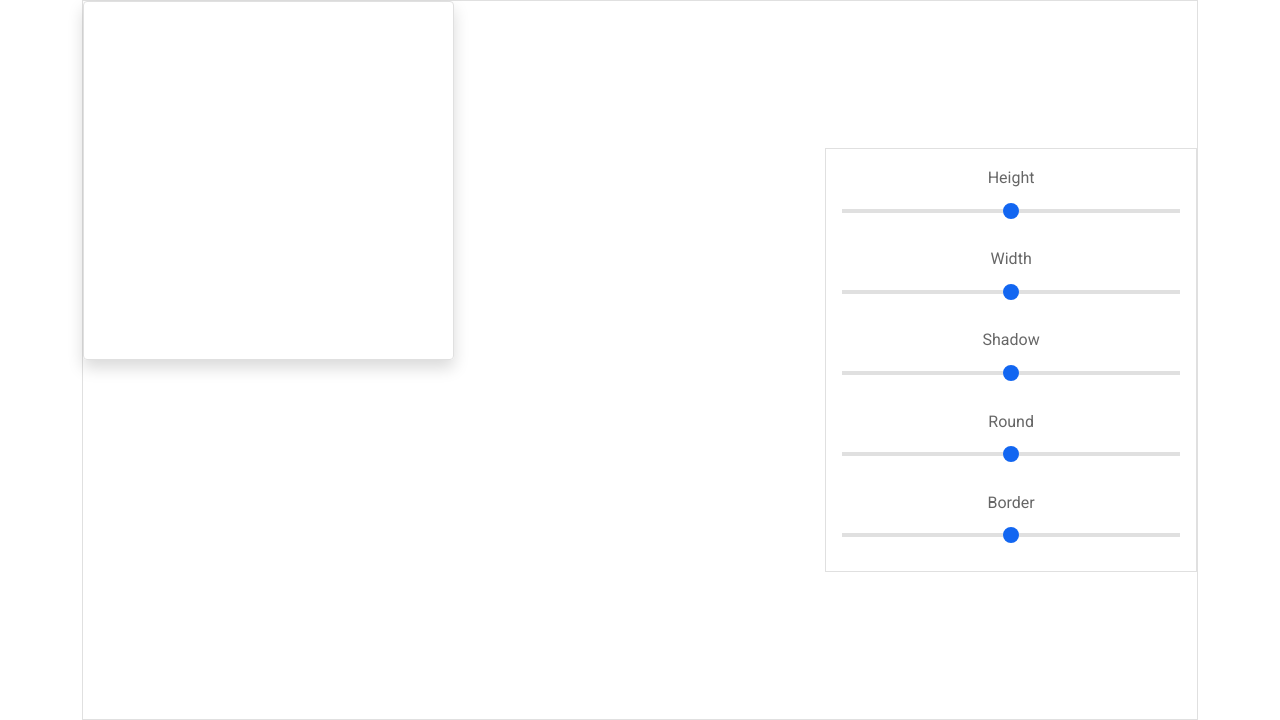
Repository: USaditya98/card-generator
Page: index.html
The author's editor kept a copy of each file at every save. The page is drawn from the files as they stood at one save, then again after the next save.
The browser window is 1280 px wide. The pictures show the whole page.

Above is the page before, as saved 2021-10-20 11:20:42.

### index.html
<!DOCTYPE html>
<html lang="en">
  <head>
    <meta charset="UTF-8" />
    <meta name="viewport" content="width=device-width, initial-scale=1, shrink-to-fit=no" />
    <meta http-equiv="x-ua-compatible" content="ie=edge" />
    <title>Material Design for Bootstrap</title>
    <!-- MDB icon -->
    <link rel="icon" href="img/mdb-favicon.ico" type="image/x-icon" />
    <!-- Font Awesome -->
    <link rel="stylesheet" href="https://use.fontawesome.com/releases/v5.15.2/css/all.css" />
    <!-- Google Fonts Roboto -->
    <link
      rel="stylesheet"
      href="https://fonts.googleapis.com/css2?family=Roboto:wght@300;400;500;700;900&display=swap"
    />
    <!-- MDB -->
    <link rel="stylesheet" href="css/mdb.min.css" />
  </head>
  <body>
    <!-- Start your project here-->
    <div class="container">
      <div class="d-flex justify-content-between align-items-center text-center border" style="height: 100vh;">
            <div class=" w-100 h-100" id="create">
                <div class="text-center w-50 h-50 border rounded shadow">
                </div>
            </div>
            <div class="border w-50 ">
            <div class="m-3">
                <label class="form-label" for="height">Height</label>
                <div class="range">
                <input type="range" class="form-range" id="height" min="0" max="500" step="10"/>
                </div>
            </div>
            <div class="m-3">
                <label class="form-label" for="width">Width</label>
                <div class="range">
                <input type="range" class="form-range" id="width" min="0" max="500" step="10" />
                </div>
            </div>
            <div class="m-3">
                <label class="form-label" for="shadow">Shadow</label>
                <div class="range">
                <input type="range" class="form-range" id="shadow" min="0" max="50" step="1"/>
                </div>
            </div>
            <div class="m-3">
                <label class="form-label" for="customRange1">Round</label>
                <div class="range">
                <input type="range" class="form-range" id="customRange1" />
                </div>
            </div>
            <div class="m-3">
                <label class="form-label" for="customRange1">Border</label>
                <div class="range">
                <input type="range" class="form-range" id="customRange1" />
                </div>
            </div>
            </div>
      </div>
    </div>
    <!-- End your project here-->

    <!-- MDB -->
    <script type="text/javascript" src="js/mdb.min.js"></script>
    <!-- Custom scripts -->
    <script type="text/javascript">
        function myFunction() {
            var div = document.createElement("DIV");
            document.body.appendChild(btn);
        }
    </script>
  </body>
</html>

Loaded but not shown: css/mdb.min.css (library); js/mdb.min.js (library)

After the next save:
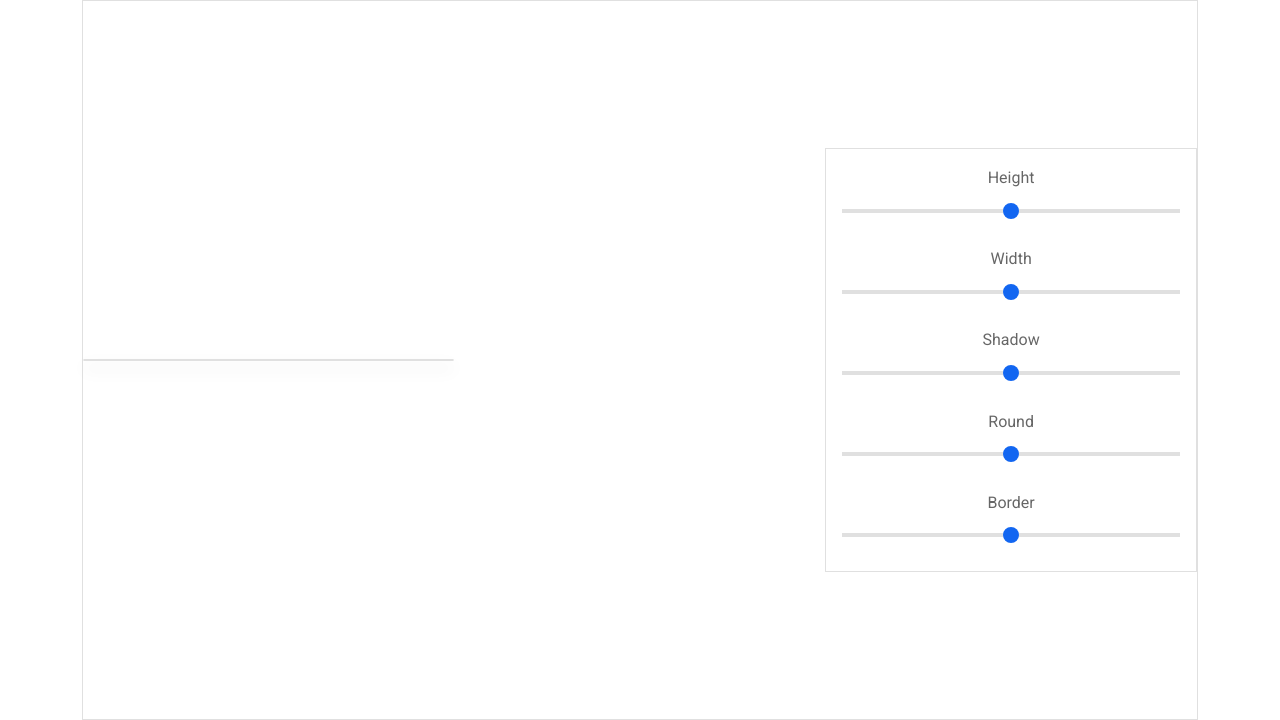
Saved 9 s later.
--- a/index.html
+++ b/index.html
@@ -21,7 +21,7 @@
     <!-- Start your project here-->
     <div class="container">
       <div class="d-flex justify-content-between align-items-center text-center border" style="height: 100vh;">
-            <div class=" w-100 h-100" id="create">
+            <div class=" w-100 " id="create">
                 <div class="text-center w-50 h-50 border rounded shadow">
                 </div>
             </div>
